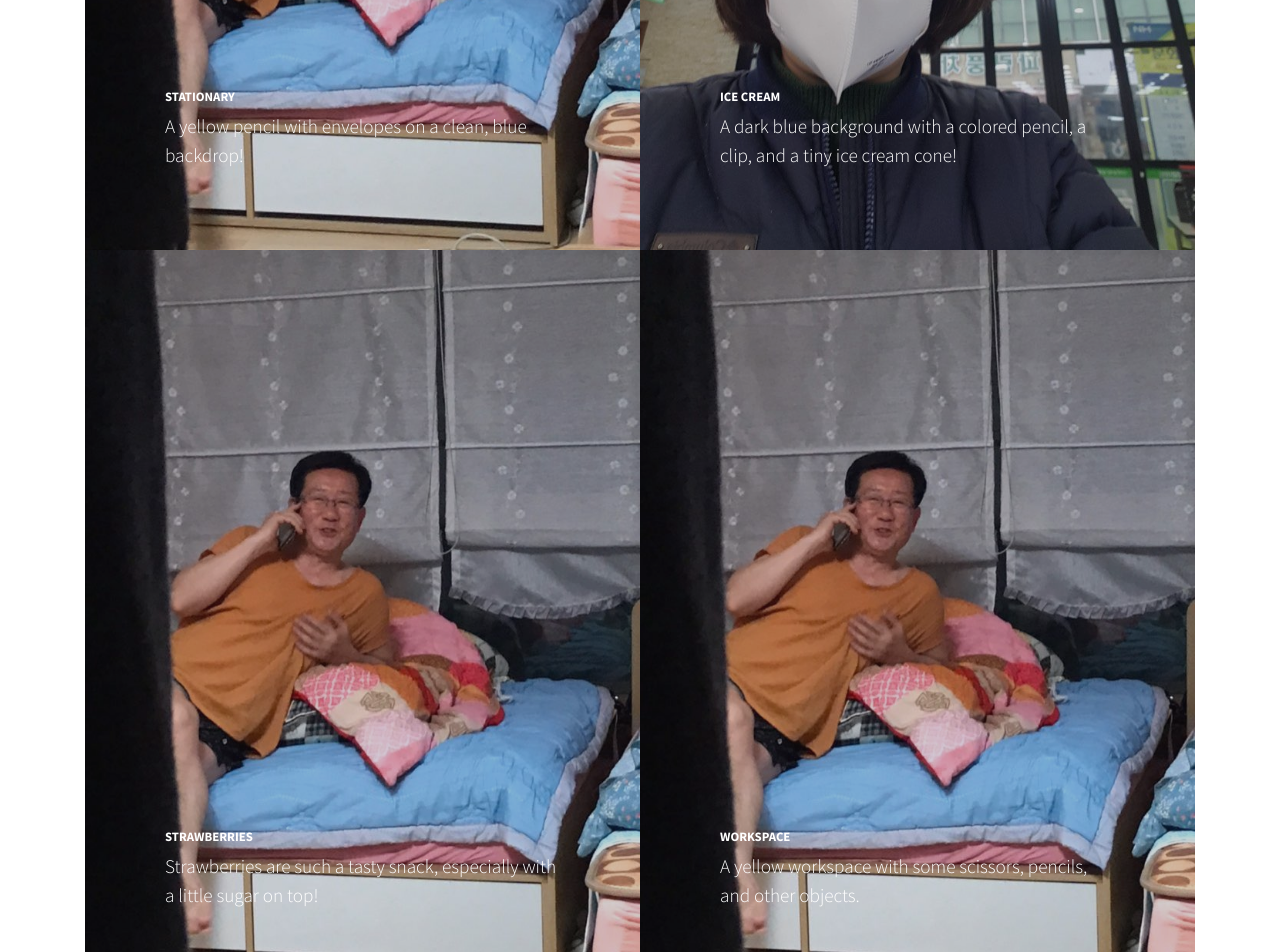
Repository: seungminlll3420/ruby_on_rails
Page: 가족/index.html
The author's editor kept a record of every edit. The page is drawn from the files as they stood at one moment, then again after the next edit.
The browser window is 1280 px wide. The pictures show the part of the page from y = 1455 to 2407 px (the page is 3704 px tall before and 3925 px after).

Above is the page before.

### 가족/index.html
<!DOCTYPE html>
<html lang="en">

<head>

  <meta charset="utf-8">
  <meta name="viewport" content="width=device-width, initial-scale=1, shrink-to-fit=no">
  <meta name="description" content="">
  <meta name="author" content="">

  <title>Stylish Portfolio - Start Bootstrap Template</title>

  <!-- Bootstrap Core CSS -->
  <link href="vendor/bootstrap/css/bootstrap.min.css" rel="stylesheet">

  <!-- Custom Fonts -->
  <link href="vendor/fontawesome-free/css/all.min.css" rel="stylesheet" type="text/css">
  <link href="https://fonts.googleapis.com/css?family=Source+Sans+Pro:300,400,700,300italic,400italic,700italic" rel="stylesheet" type="text/css">
  <link href="vendor/simple-line-icons/css/simple-line-icons.css" rel="stylesheet">

  <!-- Custom CSS -->
  <link href="css/stylish-portfolio.css" rel="stylesheet">

</head>

<body id="page-top">

  <!-- Navigation -->
  <a class="menu-toggle rounded" href="#">
    <i class="fas fa-bars"></i>
  </a>
  <nav id="sidebar-wrapper">
    <ul class="sidebar-nav">
      <li class="sidebar-brand">
        <a class="js-scroll-trigger" href="#page-top">Start Bootstrap</a>
      </li>
      <li class="sidebar-nav-item">
        <a class="js-scroll-trigger" href="#page-top">Home</a>
      </li>
      <li class="sidebar-nav-item">
        <a class="js-scroll-trigger" href="#about">About</a>
      </li>
      <li class="sidebar-nav-item">
        <a class="js-scroll-trigger" href="#services">Services</a>
      </li>
      <li class="sidebar-nav-item">
        <a class="js-scroll-trigger" href="#portfolio">Portfolio</a>
      </li>
      <li class="sidebar-nav-item">
        <a class="js-scroll-trigger" href="#contact">Contact</a>
      </li>
    </ul>
  </nav>

  <!-- Header -->
  <header class="masthead d-flex">
    <div class="container text-center my-auto">
      <h1 class="mb-1">우리 가족</h1>
      <h3 class="mb-5">
        <em>A Free Bootstrap Theme by Start Bootstrap</em>
      </h3>
      <a class="btn btn-primary btn-xl js-scroll-trigger" href="#about">Find Out More</a>
    </div>
    <div class="overlay"></div>
  </header>

  <!-- About -->


  <!-- Services -->


  <!-- Callout -->


  <!-- Portfolio -->
  <section class="content-section" id="portfolio">
    <div class="container">
      <div class="content-section-heading text-center">
        <h3 class="text-secondary mb-0">Portfolio</h3>
        <h2 class="mb-5">Recent Projects</h2>
      </div>
      <div class="row no-gutters">
        <div class="col-lg-6">
          <a class="portfolio-item" href="#">
            <span class="caption">
              <span class="caption-content">
                <h2>Stationary</h2>
                <p class="mb-0">A yellow pencil with envelopes on a clean, blue backdrop!</p>
              </span>
            </span>
            <img class="img-fluid" src="./../img/이종호.jpg" alt="">
          </a>
        </div>
        <div class="col-lg-6">
          <a class="portfolio-item" href="#">
            <span class="caption">
              <span class="caption-content">
                <h2>Ice Cream</h2>
                <p class="mb-0">A dark blue background with a colored pencil, a clip, and a tiny ice cream cone!</p>
              </span>
            </span>
            <img class="img-fluid" src="./../img/길숙희.jpg" alt="">
          </a>
        </div>
        <div class="col-lg-6">
          <a class="portfolio-item" href="#">
            <span class="caption">
              <span class="caption-content">
                <h2>Strawberries</h2>
                <p class="mb-0">Strawberries are such a tasty snack, especially with a little sugar on top!</p>
              </span>
            </span>
            <img class="img-fluid" src="./../img/이종호.jpg" alt="">
          </a>
        </div>
        <div class="col-lg-6">
          <a class="portfolio-item" href="#">
            <span class="caption">
              <span class="caption-content">
                <h2>Workspace</h2>
                <p class="mb-0">A yellow workspace with some scissors, pencils, and other objects.</p>
              </span>
            </span>
            <img class="img-fluid" src="./../img/이종호.jpg" alt="">
          </a>
        </div>
      </div>
    </div>
  </section>

  <!-- Call to Action -->
  <section class="content-section bg-primary text-white">
    <div class="container text-center">
      <h2 class="mb-4">The buttons below are impossible to resist...</h2>
      <a href="#" class="btn btn-xl btn-light mr-4">Click Me!</a>
      <a href="#" class="btn btn-xl btn-dark">Look at Me!</a>
    </div>
  </section>

  <!-- Map -->
  <section id="contact" class="map">
    <iframe width="100%" height="100%" frameborder="0" scrolling="no" marginheight="0" marginwidth="0" src="https://maps.google.com/maps?f=q&amp;source=s_q&amp;hl=en&amp;geocode=&amp;q=Twitter,+Inc.,+Market+Street,+San+Francisco,+CA&amp;aq=0&amp;oq=twitter&amp;sll=28.659344,-81.187888&amp;sspn=0.128789,0.264187&amp;ie=UTF8&amp;hq=Twitter,+Inc.,+Market+Street,+San+Francisco,+CA&amp;t=m&amp;z=15&amp;iwloc=A&amp;output=embed"></iframe>
    <br />
    <small>
      <a href="https://maps.google.com/maps?f=q&amp;source=embed&amp;hl=en&amp;geocode=&amp;q=Twitter,+Inc.,+Market+Street,+San+Francisco,+CA&amp;aq=0&amp;oq=twitter&amp;sll=28.659344,-81.187888&amp;sspn=0.128789,0.264187&amp;ie=UTF8&amp;hq=Twitter,+Inc.,+Market+Street,+San+Francisco,+CA&amp;t=m&amp;z=15&amp;iwloc=A"></a>
    </small>
  </section>

  <!-- Footer -->
  <footer class="footer text-center">
    <div class="container">
      <ul class="list-inline mb-5">
        <li class="list-inline-item">
          <a class="social-link rounded-circle text-white mr-3" href="#">
            <i class="icon-social-facebook"></i>
          </a>
        </li>
        <li class="list-inline-item">
          <a class="social-link rounded-circle text-white mr-3" href="#">
            <i class="icon-social-twitter"></i>
          </a>
        </li>
        <li class="list-inline-item">
          <a class="social-link rounded-circle text-white" href="#">
            <i class="icon-social-github"></i>
          </a>
        </li>
      </ul>
      <p class="text-muted small mb-0">Copyright &copy; Your Website 2019</p>
    </div>
  </footer>

  <!-- Scroll to Top Button-->
  <a class="scroll-to-top rounded js-scroll-trigger" href="#page-top">
    <i class="fas fa-angle-up"></i>
  </a>

  <!-- Bootstrap core JavaScript -->
  <script src="vendor/jquery/jquery.min.js"></script>
  <script src="vendor/bootstrap/js/bootstrap.bundle.min.js"></script>

  <!-- Plugin JavaScript -->
  <script src="vendor/jquery-easing/jquery.easing.min.js"></script>

  <!-- Custom scripts for this template -->
  <script src="js/stylish-portfolio.min.js"></script>

</body>

</html>

### 가족/css/stylish-portfolio.css
/*!
 * Start Bootstrap - Stylish Portfolio v5.0.7 (https://startbootstrap.com/template-overviews/stylish-portfolio)
 * Copyright 2013-2019 Start Bootstrap
 * Licensed under MIT (https://github.com/BlackrockDigital/startbootstrap-stylish-portfolio/blob/master/LICENSE)
 */

body,
html {
  width: 100%;
  height: 100%;
}

body {
  font-family: 'Source Sans Pro';
}

.btn-xl {
  padding: 1.25rem 2.5rem;
}

.content-section {
  padding-top: 7.5rem;
  padding-bottom: 7.5rem;
}

.content-section-heading h2 {
  font-size: 3rem;
}

.content-section-heading h3 {
  font-size: 1rem;
  text-transform: uppercase;
}

h1,
h2,
h3,
h4,
h5,
h6 {
  font-weight: 700;
}

.text-faded {
  color: rgba(255, 255, 255, 0.7);
}

/* Map */
.map {
  height: 30rem;
}

@media (max-width: 992px) {
  .map {
    height: 75%;
  }
}

.map iframe {
  pointer-events: none;
}

.scroll-to-top {
  position: fixed;
  right: 15px;
  bottom: 15px;
  display: none;
  width: 50px;
  height: 50px;
  text-align: center;
  color: white;
  background: rgba(52, 58, 64, 0.5);
  line-height: 45px;
}

.scroll-to-top:focus, .scroll-to-top:hover {
  color: white;
}

.scroll-to-top:hover {
  background: #343a40;
}

.scroll-to-top i {
  font-weight: 800;
}

.masthead {
  min-height: 30rem;
  position: relative;
  display: table;
  width: 100%;
  height: auto;
  padding-top: 8rem;
  padding-bottom: 8rem;
  background: linear-gradient(90deg, rgba(255, 255, 255, 0.1) 0%, rgba(255, 255, 255, 0.1) 100%), url("../img/bg-masthead.jpg");
  background-position: center center;
  background-repeat: no-repeat;
  background-size: cover;
}

.masthead h1 {
  font-size: 4rem;
  margin: 0;
  padding: 0;
}

@media (min-width: 992px) {
  .masthead {
    height: 100vh;
  }
  .masthead h1 {
    font-size: 5.5rem;
  }
}

/* Side Menu */
#sidebar-wrapper {
  position: fixed;
  z-index: 2;
  right: 0;
  width: 250px;
  height: 100%;
  transition: all 0.4s ease 0s;
  transform: translateX(250px);
  background: #1D809F;
  border-left: 1px solid rgba(255, 255, 255, 0.1);
}

.sidebar-nav {
  position: absolute;
  top: 0;
  width: 250px;
  margin: 0;
  padding: 0;
  list-style: none;
}

.sidebar-nav li.sidebar-nav-item a {
  display: block;
  text-decoration: none;
  color: #fff;
  padding: 15px;
}

.sidebar-nav li a:hover {
  text-decoration: none;
  color: #fff;
  background: rgba(255, 255, 255, 0.2);
}

.sidebar-nav li a:active,
.sidebar-nav li a:focus {
  text-decoration: none;
}

.sidebar-nav > .sidebar-brand {
  font-size: 1.2rem;
  background: rgba(52, 58, 64, 0.1);
  height: 80px;
  line-height: 50px;
  padding-top: 15px;
  padding-bottom: 15px;
  padding-left: 15px;
}

.sidebar-nav > .sidebar-brand a {
  color: #fff;
}

.sidebar-nav > .sidebar-brand a:hover {
  color: #fff;
  background: none;
}

#sidebar-wrapper.active {
  right: 250px;
  width: 250px;
  transition: all 0.4s ease 0s;
}

.menu-toggle {
  position: fixed;
  right: 15px;
  top: 15px;
  width: 50px;
  height: 50px;
  text-align: center;
  color: #fff;
  background: rgba(52, 58, 64, 0.5);
  line-height: 50px;
  z-index: 999;
}

.menu-toggle:focus, .menu-toggle:hover {
  color: #fff;
}

.menu-toggle:hover {
  background: #343a40;
}

.service-icon {
  background-color: #fff;
  color: #1D809F;
  height: 7rem;
  width: 7rem;
  display: block;
  line-height: 7.5rem;
  font-size: 2.25rem;
  box-shadow: 0 3px 3px 0 rgba(0, 0, 0, 0.1);
}

.callout {
  padding: 15rem 0;
  background: linear-gradient(90deg, rgba(255, 255, 255, 0.1) 0%, rgba(255, 255, 255, 0.1) 100%), url("../img/bg-callout.jpg");
  background-position: center center;
  background-repeat: no-repeat;
  background-size: cover;
}

.callout h2 {
  font-size: 3.5rem;
  font-weight: 700;
  display: block;
  max-width: 30rem;
}

.portfolio-item {
  display: block;
  position: relative;
  overflow: hidden;
  max-width: 530px;
  margin: auto auto 1rem;
}

.portfolio-item .caption {
  display: flex;
  height: 100%;
  width: 100%;
  background-color: rgba(33, 37, 41, 0.2);
  position: absolute;
  top: 0;
  bottom: 0;
  z-index: 1;
}

.portfolio-item .caption .caption-content {
  color: #fff;
  margin: auto 2rem 2rem;
}

.portfolio-item .caption .caption-content h2 {
  font-size: 0.8rem;
  text-transform: uppercase;
}

.portfolio-item .caption .caption-content p {
  font-weight: 300;
  font-size: 1.2rem;
}

@media (min-width: 992px) {
  .portfolio-item {
    max-width: none;
    margin: 0;
  }
  .portfolio-item .caption {
    -webkit-transition: -webkit-clip-path 0.25s ease-out, background-color 0.7s;
    -webkit-clip-path: inset(0px);
    clip-path: inset(0px);
  }
  .portfolio-item .caption .caption-content {
    transition: opacity 0.25s;
    margin-left: 5rem;
    margin-right: 5rem;
    margin-bottom: 5rem;
  }
  .portfolio-item img {
    -webkit-transition: -webkit-clip-path 0.25s ease-out;
    -webkit-clip-path: inset(-1px);
    clip-path: inset(-1px);
  }
  .portfolio-item:hover img {
    -webkit-clip-path: inset(2rem);
    clip-path: inset(2rem);
  }
  .portfolio-item:hover .caption {
    background-color: rgba(29, 128, 159, 0.9);
    -webkit-clip-path: inset(2rem);
    clip-path: inset(2rem);
  }
}

footer.footer {
  padding-top: 5rem;
  padding-bottom: 5rem;
}

footer.footer .social-link {
  display: block;
  height: 4rem;
  width: 4rem;
  line-height: 4.3rem;
  font-size: 1.5rem;
  background-color: #1D809F;
  transition: background-color 0.15s ease-in-out;
  box-shadow: 0 3px 3px 0 rgba(0, 0, 0, 0.1);
}

footer.footer .social-link:hover {
  background-color: #155d74;
  text-decoration: none;
}

a {
  color: #1D809F;
}

a:hover, a:focus, a:active {
  color: #155d74;
}

.btn-primary {
  background-color: #1D809F !important;
  border-color: #1D809F !important;
  color: #fff !important;
}

.btn-primary:hover, .btn-primary:focus, .btn-primary:active {
  background-color: #155d74 !important;
  border-color: #155d74 !important;
}

.btn-secondary {
  background-color: #ecb807 !important;
  border-color: #ecb807 !important;
  color: #fff !important;
}

.btn-secondary:hover, .btn-secondary:focus, .btn-secondary:active {
  background-color: #ba9106 !important;
  border-color: #ba9106 !important;
}

.btn-dark {
  color: #fff !important;
}

.btn {
  box-shadow: 0px 3px 3px 0px rgba(0, 0, 0, 0.1);
  font-weight: 700;
}

.bg-primary {
  background-color: #1D809F !important;
}

.text-primary {
  color: #1D809F !important;
}

.text-secondary {
  color: #ecb807 !important;
}

Loaded but not shown: 가족/vendor/bootstrap/css/bootstrap.min.css (library); 가족/vendor/fontawesome-free/css/all.min.css (library); 가족/vendor/simple-line-icons/css/simple-line-icons.css (library); 가족/vendor/jquery/jquery.min.js (library); 가족/vendor/bootstrap/js/bootstrap.bundle.min.js (library); 가족/vendor/jquery-easing/jquery.easing.min.js (common file); 가족/js/stylish-portfolio.min.js (common file)

After the next edit:
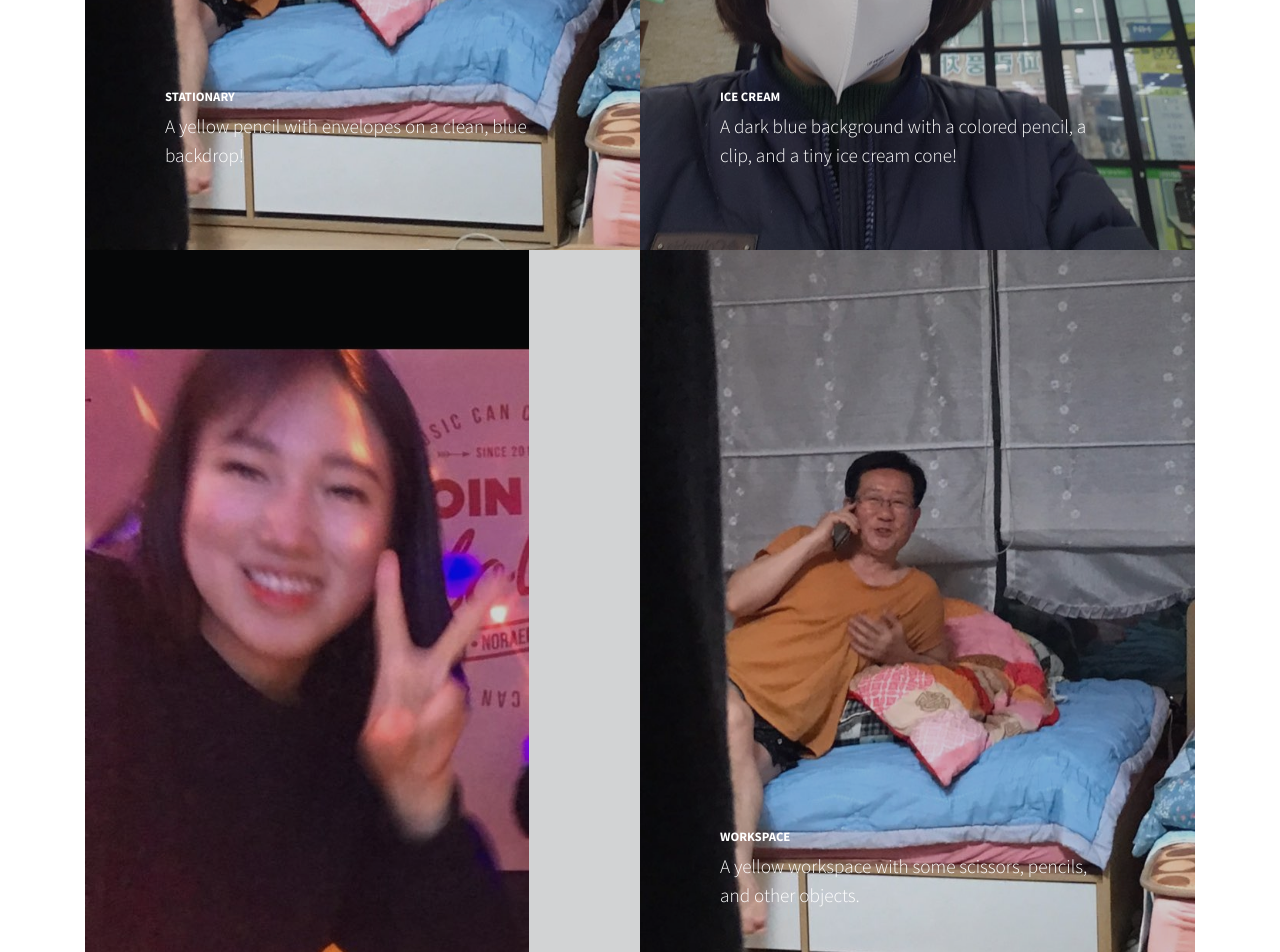
The edit:
--- a/가족/index.html
+++ b/가족/index.html
@@ -111,7 +111,7 @@
                 <p class="mb-0">Strawberries are such a tasty snack, especially with a little sugar on top!</p>
               </span>
             </span>
-            <img class="img-fluid" src="./../img/이종호.jpg" alt="">
+            <img class="img-fluid" src="./../img/이지영.jpg" alt="">
           </a>
         </div>
         <div class="col-lg-6">
